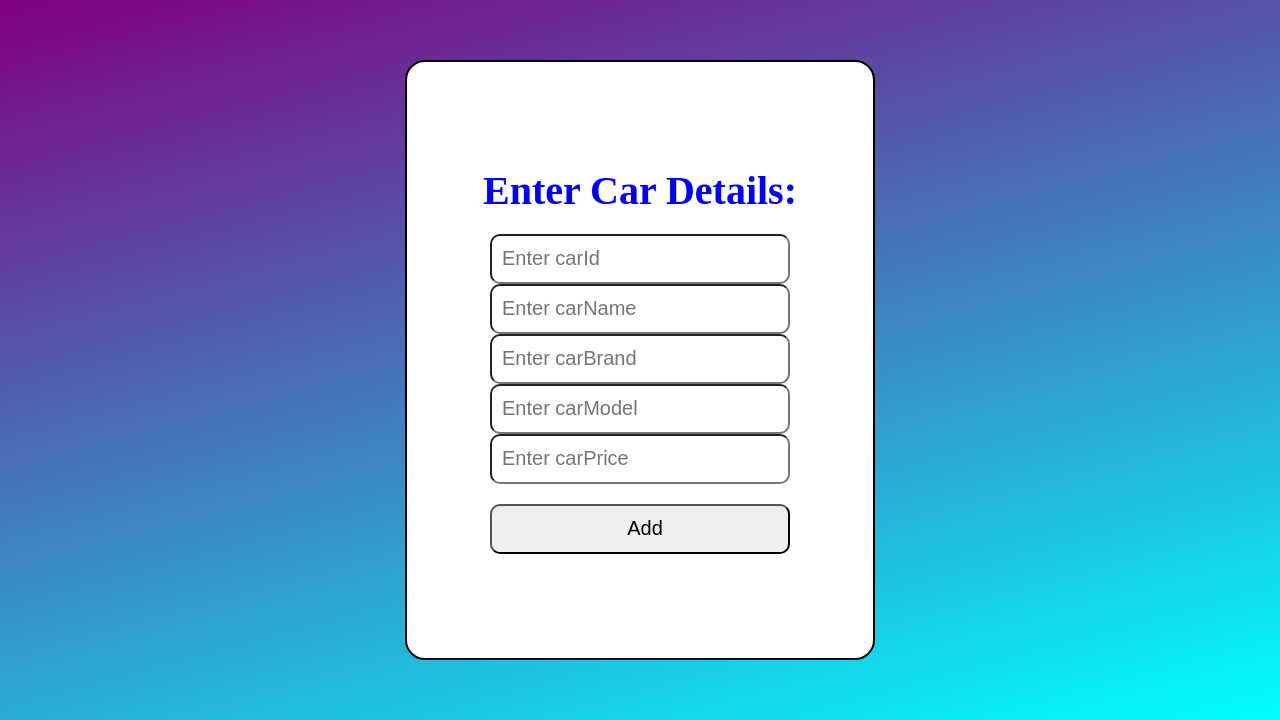
Repository: Dhirajkumar02/Advance-Java--J2EE-
Page: ServletProjecct_CarDB/src/main/webapp/AddCar.html
These files come from the project's save history. The page is drawn as it stood at one moment and after the next save; the edit follows.
The browser window is 1280 px wide. The pictures show the whole page.

Above is the page before, as saved 2024-11-14 19:06:44.

After the next save:
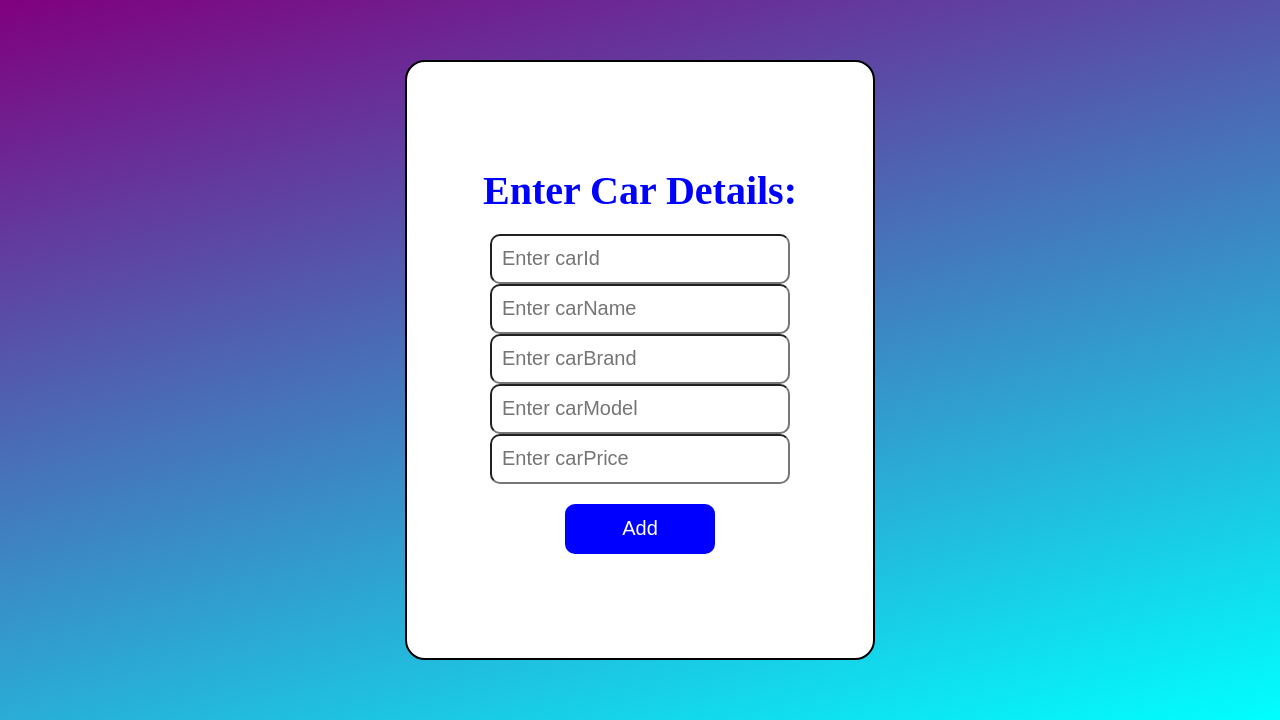
Saved 3 min 1 s later.
--- a/ServletProjecct_CarDB/src/main/webapp/AddCar.html
+++ b/ServletProjecct_CarDB/src/main/webapp/AddCar.html
@@ -40,6 +40,16 @@ input {
   font-size: 20px;
   border-radius: 10px;
 }
+#add_btn {
+  height: 50px;
+  width: 150px;
+  background-color: blue;
+  color: #fff;
+  border: none;
+  font-size: 20px;
+  border-radius: 10px;
+  cursor: pointer;
+}
 </style>
 </head>
 <body>
@@ -56,7 +66,7 @@ input {
 <input type="number" placeholder="Enter carPrice" name="carPrice"><br>
 </div>
 <div >
-<input type="submit" value="Add">
+<button type="submit" id="add_btn">Add</button>
 </div>
 
 </form>
